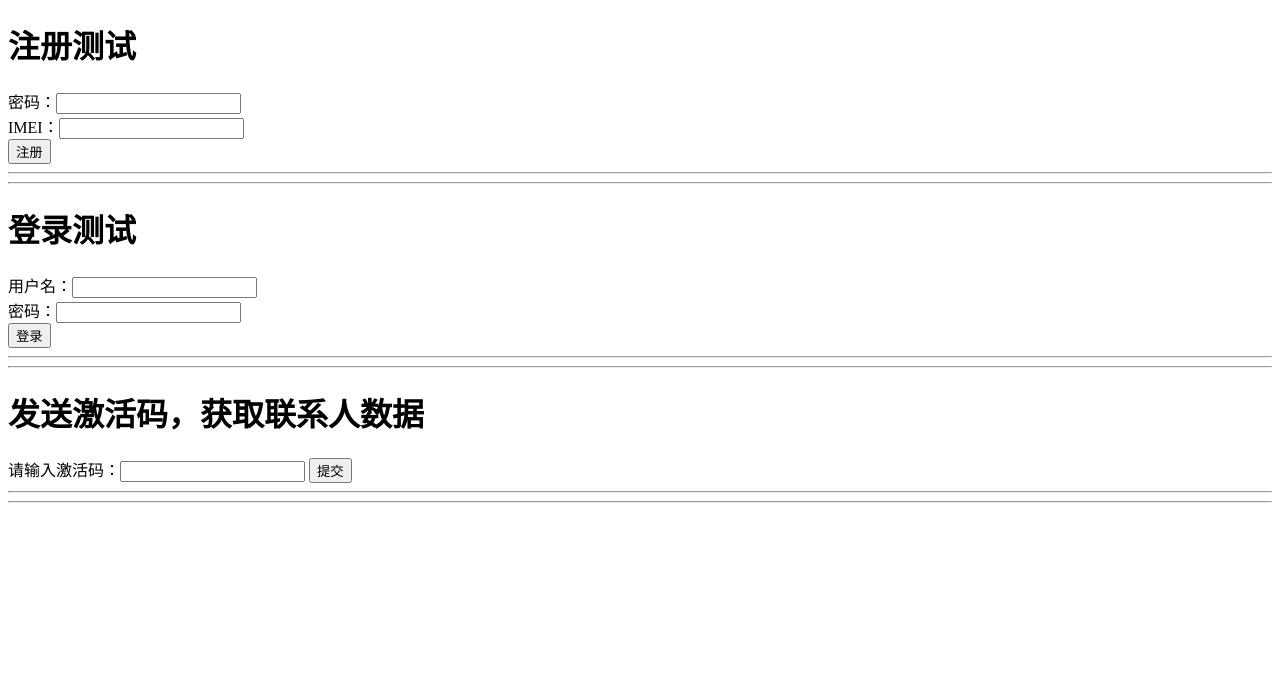
Repository: FlyToper/ActCode
Page: Application/ActivationCode/Home/View/User/show.html
These files come from the project's save history. The page is drawn as it stood at one moment and after the next save; the edit follows.
The browser window is 1280 px wide. The pictures show the whole page.

Above is the page before, as saved 2016-07-27 08:39:47.

After the next save:
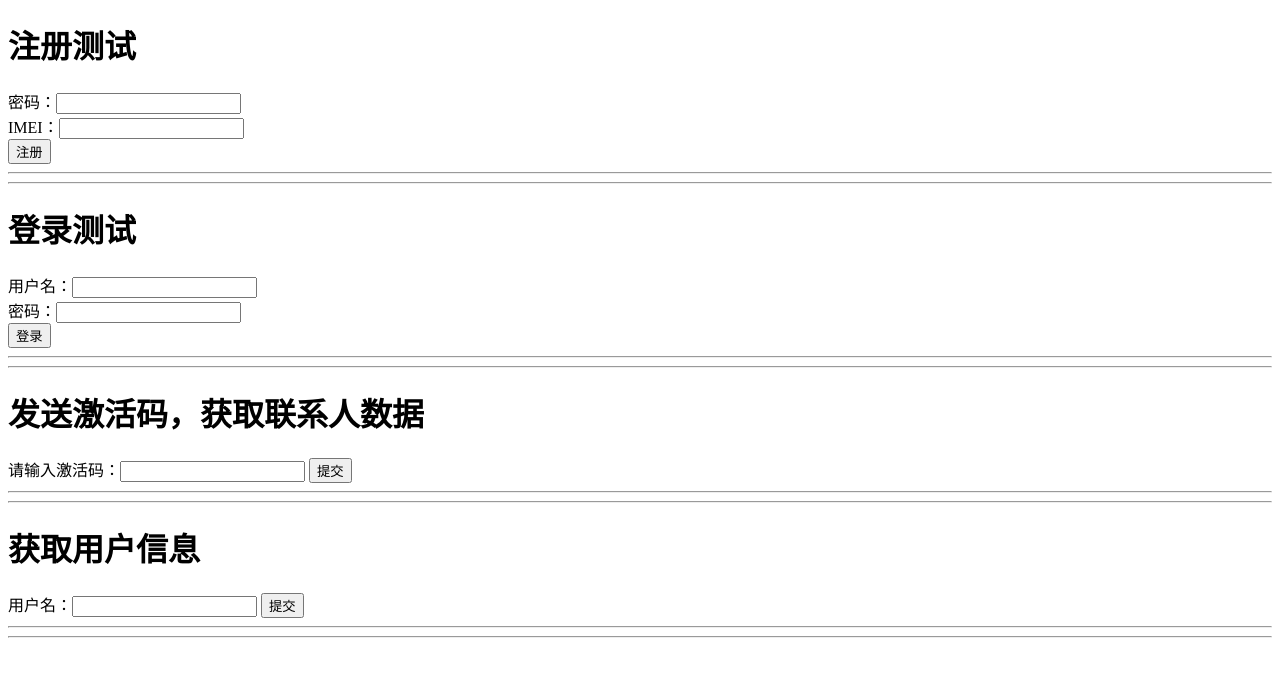
Saved 3 min 24 s later.
--- a/Application/ActivationCode/Home/View/User/show.html
+++ b/Application/ActivationCode/Home/View/User/show.html
@@ -30,5 +30,13 @@
 	</form>
 	<hr>
 	<hr>
+
+	<h1>获取用户信息</h1>
+	<form action="/User/getContact" method="post">
+		用户名：<input type="text" name="UserName">
+		<input type="submit" value="提交">
+	</form>
+	<hr>
+	<hr>
 </body>
 </html>
